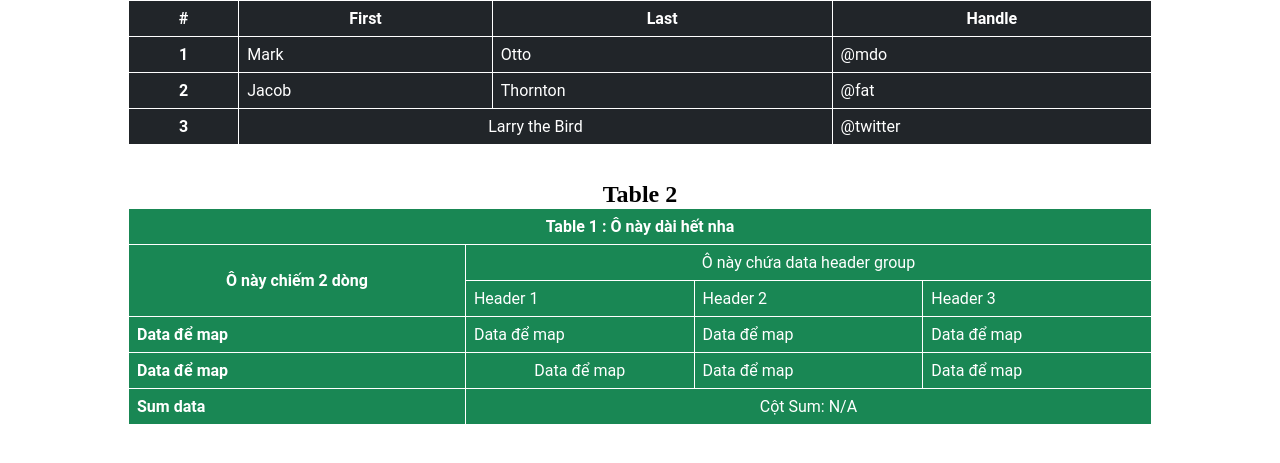
Repository: ThuatDev/BTVN_FE_JUNE
Page: index.html
These files come from the project's save history. The page is drawn as it stood at one moment and after a run of saves; the edit follows.
The browser window is 1280 px wide. The pictures show the whole page.

Above is the page before, as saved 2023-08-02 15:46:55.

After the next 2 saves:
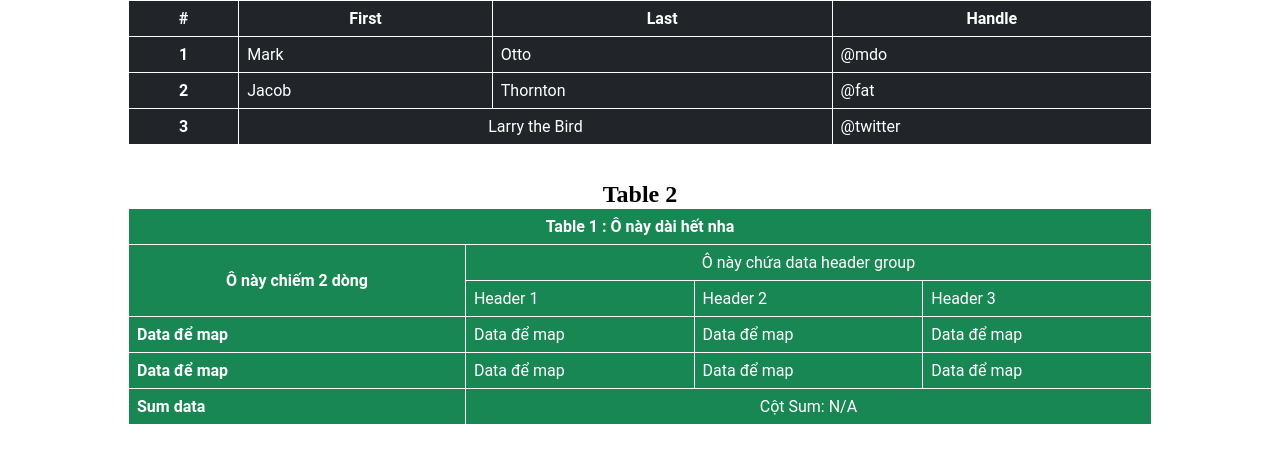
The 2 saves are shown as one change because they came seconds apart.
The last was saved 19 s later.
--- a/index.html
+++ b/index.html
@@ -194,7 +194,7 @@
         </tr>
         <tr class="table-left">
           <th scope="row">Data để map</th>
-          <td colspan="1">Data để map</td>
+          <td colspan="1" class="table-left">Data để map</td>
           <td>Data để map</td>
           <td>Data để map</td>
         </tr>
